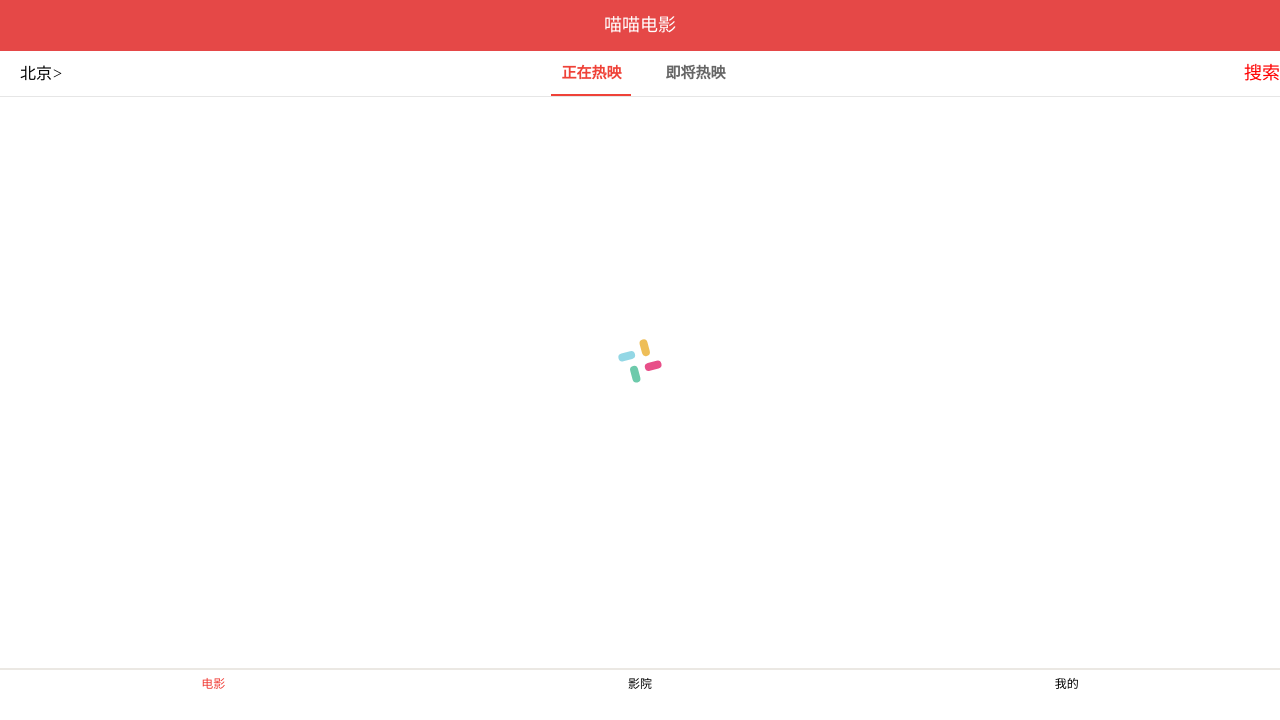
Repository: X-J-0/miaomiao_film
Page: / (app in miaomiao/)
An editor plug-in stored every save of this project. The page is shown before and after the next save, followed by the edit.
The browser window is 1280 px wide. The pictures show the whole page.
The page's requests for data from a server got no answer. The project was rebuilt for these pictures with package versions that can differ from the ones it lists, and the page was loaded fresh each time. No one was signed in, and anything a server would have sent is missing. Also part of the build but not shown: miaomiao/vue.config.js.

Above is the page before, as saved 2020-04-11 20:24:00.

After the next save:
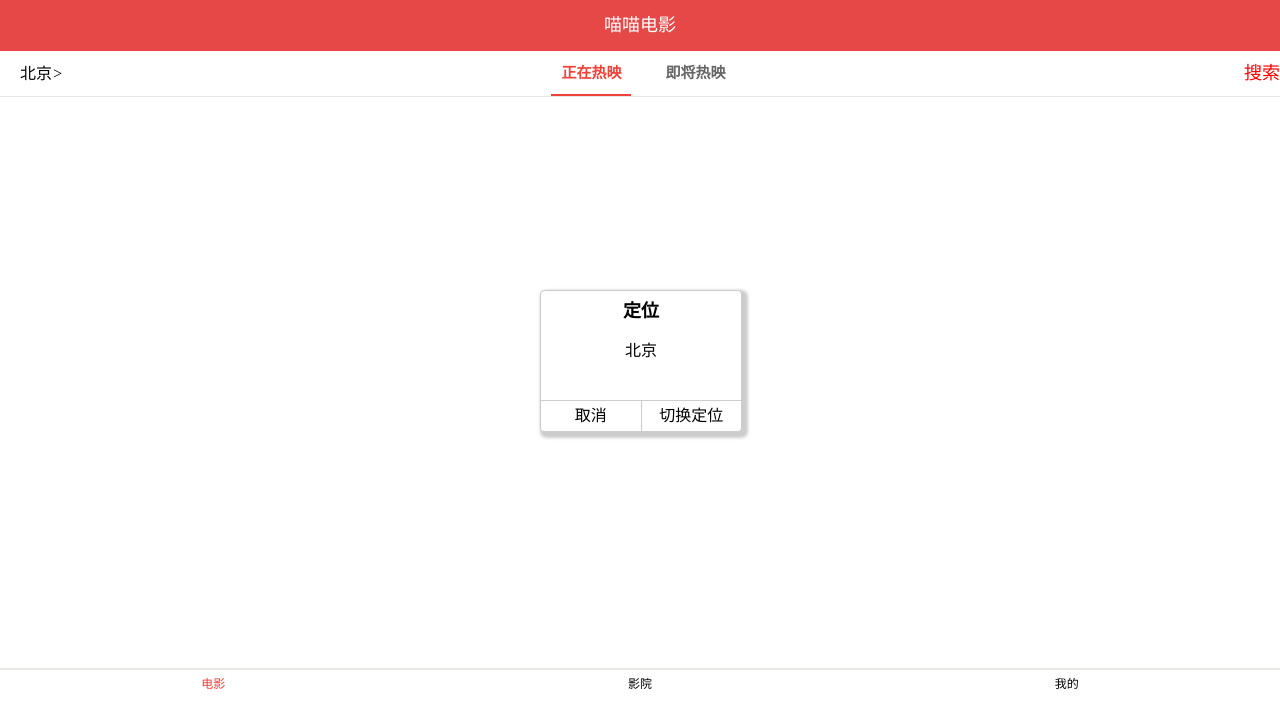
Saved 52 s later.
--- a/miaomiao/src/views/Movie/index.vue
+++ b/miaomiao/src/views/Movie/index.vue
@@ -34,7 +34,8 @@ export default {
   name:'Movie',
   components : {
     Header,
-    TabBar
+    TabBar,
+    MessageBox
   },
   data(){
    return {
